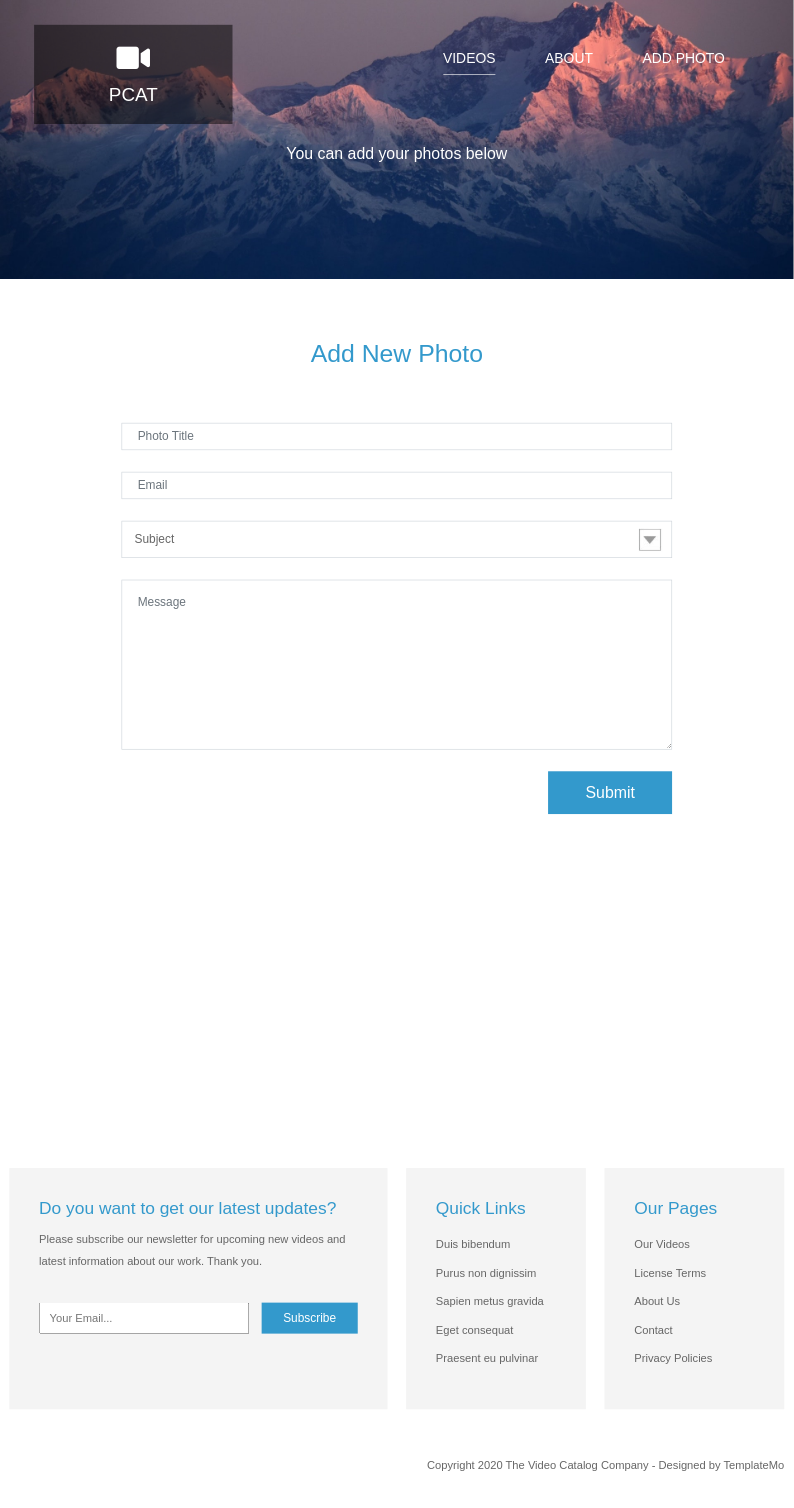
Repository: Marhamat92/PCAT-project-with-node-backend
Page: http://localhost/add
These files come from the project's save history. The page is drawn as it stood at one moment and after the next save; the edit follows.
The browser window is 1280 px wide. The pictures show the whole page, at 62% of full size.
Backgrounds fixed to the window are drawn as part of the page. Some web fonts or font styles are not loaded; a fallback is used. The page is served by the project's Node server (app.js).

Above is the page before, as saved 2023-02-21 17:22:00.

### views/add.ejs
<%- include('partials/_header') %>

    <body>
        <div class="tm-page-wrap mx-auto">
            <div class="position-relative">
                <%- include('partials/_navigation') %>
                    <div class="tm-welcome-container tm-fixed-header tm-fixed-header-3">
                        <div class="text-center">
                            <p class="pt-5 px-3 tm-welcome-text tm-welcome-text-2 mb-1 mt-lg-0 mt-5 text-white mx-auto">
                                You can add your photos below
                            </p>
                        </div>
                    </div>

                    <div id="tm-fixed-header-bg"></div> <!-- Header image -->
            </div>

            <!-- Page content -->
            <main>
                <div class="container-fluid px-0">
                    <div class="mx-auto tm-content-container">
                        <div class="row mt-3 mb-5 pb-3">
                            <div class="col-12">
                                <h2 class="tm-page-title mb-4 tm-text-primary text-center">Add New Photo</h2>
                            </div>
                        </div>
                        <div class="mx-auto pb-3 tm-about-text-container px-3">
                            <div class="row">
                                <div class="col-lg-12 mb-5">
                                    <form class="tm-contact-form">
                                        <div class="form-group">
                                            <input type="text" name="title" placeholder="Photo Title"
                                                class="form-control rounded-0" placeholder="Name" required />
                                        </div>
                                        <div class="form-group">
                                            <input type="email" name="email" class="form-control rounded-0"
                                                placeholder="Email" required="" />
                                        </div>
                                        <div class="form-group">
                                            <select class="form-control" id="contact-select" name="inquiry">
                                                <option value="-">Subject</option>
                                                <option value="sales">Sales &amp; Marketing</option>
                                                <option value="creative">Creative Design</option>
                                                <option value="uiux">UI / UX</option>
                                            </select>
                                        </div>
                                        <div class="form-group">
                                            <textarea rows="8" name="message" class="form-control rounded-0"
                                                placeholder="Message" required=""></textarea>
                                        </div>

                                        <div class="form-group mb-0">
                                            <button type="submit"
                                                class="btn btn-primary rounded-0 d-block ml-auto mr-0 tm-btn-animate tm-btn-submit tm-icon-submit"><span>Submit</span></button>
                                        </div>
                                    </form>
                                </div>

                            </div>
                        </div>
                    </div>

                    <div class="parallax-window parallax-window-2" data-parallax="scroll"
                        data-image-src="img/contact-2.jpg"></div>


                </div>
            </main>

            <%- include('partials/_footer') %>
        </div>

        <script src="js/jquery-3.4.1.min.js"></script>
        <script src="js/bootstrap.min.js"></script>
        <script src="js/parallax.min.js"></script>
    </body>

    </html>

### views/partials/_header.ejs
<!DOCTYPE html>
<html lang="en">

<head>
  <meta charset="UTF-8">
  <meta name="viewport" content="width=device-width, initial-scale=1.0">
  <title>Video Catalog</title>
  <link rel="stylesheet" href="fontawesome/css/all.min.css"> <!-- https://fontawesome.com/ -->
  <link href="https://fonts.googleapis.com/css2?family=Source+Sans+Pro&display=swap" rel="stylesheet">
  <!-- https://fonts.google.com/ -->
  <link rel="stylesheet" href="css/bootstrap.min.css">
  <link rel="stylesheet" href="css/templatemo-video-catalog.css">
  <!--

TemplateMo 552 Video Catalog

https://templatemo.com/tm-552-video-catalog

-->
</head>

### views/partials/_navigation.ejs
<div class="position-absolute tm-site-header">
  <div class="container-fluid position-relative">
    <div class="row">
      <div class="col-7 col-md-4">
        <a href="/" class="tm-bg-black text-center tm-logo-container">
          <i class="fas fa-video tm-site-logo mb-3"></i>
          <h1 class="tm-site-name">PCAT</h1>
        </a>
      </div>
      <div class="col-5 col-md-8 ml-auto mr-0">
        <div class="tm-site-nav">
          <nav class="navbar navbar-expand-lg mr-0 ml-auto" id="tm-main-nav">
            <button class="navbar-toggler tm-bg-black py-2 px-3 mr-0 ml-auto collapsed" type="button"
              data-toggle="collapse" data-target="#navbar-nav" aria-controls="navbar-nav" aria-expanded="false"
              aria-label="Toggle navigation">
              <span>
                <i class="fas fa-bars tm-menu-closed-icon"></i>
                <i class="fas fa-times tm-menu-opened-icon"></i>
              </span>
            </button>
            <div class="collapse navbar-collapse tm-nav" id="navbar-nav">
              <ul class="navbar-nav text-uppercase">
                <li class="nav-item active">
                  <a class="nav-link tm-nav-link" href="/">Videos <span class="sr-only">(current)</span></a>
                </li>
                <li class="nav-item">
                  <a class="nav-link tm-nav-link" href="/about">About</a>
                </li>
                <li class="nav-item">
                  <a class="nav-link tm-nav-link" href="/add">Add Photo</a>
                </li>
              </ul>
            </div>
          </nav>
        </div>
      </div>
    </div>
  </div>
</div>

### views/partials/_footer.ejs
<div class="container-fluid tm-content-container mx-auto pt-5">
  <!-- Subscribe form and footer links -->
  <div class="row mt-5 pt-3">
    <div class="col-xl-6 col-lg-12 mb-4">
      <div class="tm-bg-gray p-5 h-100">
        <h3 class="tm-text-primary mb-3">Do you want to get our latest updates?</h3>
        <p class="mb-5">Please subscribe our newsletter for upcoming new videos and latest
          information
          about our
          work. Thank you.</p>
        <form action="" method="GET" class="tm-subscribe-form">
          <input type="text" name="email" placeholder="Your Email..." required>
          <button type="submit" class="btn rounded-0 btn-primary tm-btn-small">Subscribe</button>
        </form>
      </div>
    </div>
    <div class="col-xl-3 col-lg-6 col-md-6 col-sm-6 col-12 mb-4">
      <div class="p-5 tm-bg-gray">
        <h3 class="tm-text-primary mb-4">Quick Links</h3>
        <ul class="list-unstyled tm-footer-links">
          <li><a href="#">Duis bibendum</a></li>
          <li><a href="#">Purus non dignissim</a></li>
          <li><a href="#">Sapien metus gravida</a></li>
          <li><a href="#">Eget consequat</a></li>
          <li><a href="#">Praesent eu pulvinar</a></li>
        </ul>
      </div>
    </div>
    <div class="col-xl-3 col-lg-6 col-md-6 col-sm-6 col-12 mb-4">
      <div class="p-5 tm-bg-gray h-100">
        <h3 class="tm-text-primary mb-4">Our Pages</h3>
        <ul class="list-unstyled tm-footer-links">
          <li><a href="#">Our Videos</a></li>
          <li><a href="#">License Terms</a></li>
          <li><a href="#">About Us</a></li>
          <li><a href="#">Contact</a></li>
          <li><a href="#">Privacy Policies</a></li>
        </ul>
      </div>
    </div>
  </div> <!-- row -->

  <footer class="row pt-5">
    <div class="col-12">
      <p class="text-right">Copyright 2020 The Video Catalog Company

        - Designed by <a href="https://templatemo.com" rel="nofollow" target="_parent">TemplateMo</a>
      </p>
    </div>
  </footer>
</div>

### app.js
const express = require('express')
const app = express()
const path = require('path')
const ejs = require('ejs')

// Set view engine
app.set('view engine', 'ejs')


//middleware
app.use(express.static('public'));

//ROUTES
app.get('/', (req, res) => {
  res.render('index')
})

app.get('/about', (req, res) => {
  res.render('about')
})

app.get('/add', (req, res) => {
  res.render('add')
})



const port = 3000

app.listen(port, () => {
  console.log(`Server is running on port ${port} ...`)
})

### public/css/templatemo-video-catalog.css
/*

TemplateMo 552 Video Catalog

https://templatemo.com/tm-552-video-catalog

*/

html { scroll-behavior: smooth; overflow-x: hidden; }

body {
    margin: 0;
    padding: 0;
    font-family: 'Source Sans Pro', sans-serif;
    font-size: 18px;
    line-height: 2em;
    overflow-x: hidden;
}

a {
    transition: all 0.3s ease;
    color: #666;
}

a:hover {
    color: #29BBCC;
    text-decoration: none;
}

h2, p { color: #666666; }

.tm-site-header {
    position: absolute;
    z-index: 1000;
    width: 100%;
    top: 0;
    left: 0;
    padding: 40px;
}

.tm-logo-container {
    display: block;
    padding: 30px;
    width: 320px;
    height: 160px;
}

.tm-site-logo { font-size: 3rem; }
.tm-site-name { font-size: 1.9rem; }

#tm-video-container {
    max-height: 720px;
    overflow: hidden;
    background-color: #333;
}

#tm-video {
    width: 100%;
    height: auto;
}

.tm-bg-black {
    background-color: rgba(0,0,0,0.5);
    color: white;
}

.tm-bg-gray { background-color: #F4F4F4; }
.tm-text-primary { color: #3399CC; }
.tm-text-secondary { color: #3CAFAF; }

.tm-nav-link {
    color: white;
    font-size: 1.4rem;
}

#tm-main-nav .nav-item .nav-link { border-bottom: 1px solid transparent; }

#tm-main-nav .nav-item.active .nav-link,
#tm-main-nav .nav-item:hover .nav-link {
    border-bottom: 1px solid white;
    color: white;
}

.tm-welcome-container {
    position: absolute;
    width: 100%;
    height: 100%;
    display: flex;
    justify-content: center;
    flex-direction: column;
    z-index: 999;
}

.tm-welcome-container-inner { margin-top: 100px; }
.tm-welcome-text { font-size: 1.6rem; }

.btn {
    padding: 15px 60px;
    font-size: 1.6rem;
    border: none;
    cursor: pointer;
}

.btn-primary { background-color: #3399CC; }
.btn-primary:hover { background-color: #1674a0; }

/*
    Button hover effect: https://tympanus.net/Development/CreativeButtons/
*/

.tm-btn-animate {
    position: relative;
    overflow: hidden;
    -webkit-backface-visibility: hidden;
    -moz-backface-visibility: hidden;
    backface-visibility: hidden;
    transition: all 0.3s ease;
}

.tm-btn-animate:before {
    left: 0;
    top: -100%;
    position: absolute;
    height: 100%;
    width: 100%;
    line-height: 2.5;
    -webkit-transition: all 0.3s;
    -moz-transition: all 0.3s;
    transition: all 0.3s;
    font-family: "Font Awesome 5 Free";
    font-style: normal;
    font-weight: 900;
    line-height: 1;
    -webkit-font-smoothing: antialiased;
}

.tm-btn-animate:after {
    content: '';
    position: absolute;
    z-index: -1;
    -webkit-transition: all 0.3s;
    -moz-transition: all 0.3s;
    transition: all 0.3s;
}

.tm-btn-animate:hover:before { top: 13px; }

.tm-btn-animate span {
    display: inline-block;
    width: 100%;
    height: 100%;
    -webkit-transition: all 0.3s;
    -webkit-backface-visibility: hidden;
    -moz-transition: all 0.3s;
    -moz-backface-visibility: hidden;
    transition: all 0.3s;
    backface-visibility: hidden;
}

.tm-btn-animate:hover span {
    -webkit-transform: translateY(300%);
    -moz-transform: translateY(300%);
    -ms-transform: translateY(300%);
    transform: translateY(300%);
}

.tm-btn-cta {
    color: white;
    background-color: rgba(0,0,0,0.5);
}

.tm-btn-cta:before { font-size: 180%; }
.tm-btn-download:before { font-size: 120%; }
.tm-btn-submit:before { font-size: 120%; }
.tm-icon-down:before { content: '\f078'; }
.tm-icon-download:before { content: '\f019'; }
.tm-icon-submit:before { content: '\f1d8'; }
.tm-icon-submit:hover:before { top: 18px; }
.tm-btn-cta:hover { color: white; }

.tm-btn-download:hover,
.tm-btn-download:focus,
.tm-btn-submit:hover,
.tm-btn-submit:focus {
    color: white;
    background-color: #3399CC;
}

.tm-btn-download span { padding-top: 10px; }
.tm-btn-small {
    padding: 10.5px 35px;
    font-size: 1.2rem;
}

#tm-video-control-button {
    position: absolute;
    bottom: 20px;
    right: 20px;
    z-index: 1000;
}

.tm-content-container {
    max-width: 1422px;
    padding-top: 80px;
    padding-bottom: 35px;
}

.tm-page-title { font-size: 2.5rem; }
.tm-catalog-item-list { justify-content: space-between; }

.tm-catalog-item {
    max-width: 462px;
    display: flex;
    flex-direction: column;
    margin-bottom: 64px;
}

.tm-thumbnail-container { overflow: hidden; }
.tm-thumbnail-container img { transition: all 0.3s ease; }
.tm-thumbnail-container:hover img { transform: scale(1.2) rotate(5deg); }

.tm-img-overlay {
    top: 0;
    left: 0;
    width: 100%;
    height: 100%;
    display: flex;
    align-items: center;
    justify-content: center;
    background-color: rgba(0,0,0,0.4);
    cursor: pointer;
    transition: all 0.3s ease: ;
}

.tm-overlay-icon {
    color: #a7a7a7;
    opacity: 1;
    font-size: 2rem;
    padding: 10px 15px;
    background-color: rgba(0,0,0,0.5);
    border-radius: 50%;
    width: 70px;
    height: 70px;
    display: flex;
    align-items: center;
    justify-content: center;
    padding-right: 8px;
    z-index: 1002;
    transition: all 0.3s ease;
}

.tm-img-overlay:hover { background-color: transparent; }
.tm-img-overlay:hover .tm-overlay-icon { opacity: 0; }
.tm-catalog-item-description { flex: 1; }

.tm-categories-container {
    display: flex;
    align-items: center;
}

.tm-categories-text { margin-right: 16px; }
.tm-category-list { font-size: 1.75rem; }
.tm-category-item { margin: 16px; }

.tm-category-link {
    color: #3399CC;
    padding: 10px;
    border-bottom: 3px solid transparent;
}

.tm-category-link.active,
.tm-category-link:hover {
    border-bottom: 3px solid #3399CC;
    color: #3399CC;
}

.tm-paging-link {
    background-color: #F4F4F4;
    margin-right: 12px;
    font-size: 1.5rem;
    width: 60px;
    height: 60px;
    display: flex;
    align-items: center;
    justify-content: center;
}

.nav-item.active > .tm-paging-link,
.nav-item:hover > .tm-paging-link {
    background-color: #CCC;
    color: #666666;
}

.tm-subscribe-form {
    display: flex;
    align-items: center;
}

.tm-subscribe-form > input {
    padding: 5px 15px;
    margin-right: 20px;
    flex: 1;
    max-width: 382px;
}

.tm-footer-links > li { margin-bottom: 10px; }

/*Video detail page*/

.tm-video-title { font-size: 2.5rem; }
.tm-share-box {
    font-size: 1.4rem;
    padding: 3rem;
}
.tm-share-box-title { font-size: 1.4rem; }

.tm-bg-white {
    background-color: white;
    border: 1px solid #CDCECF;
    border-radius: 5px;
}

.tm-share-button {
    width: 52px;
    height: 52px;
    display: flex;
    align-items: center;
    justify-content: center;
    margin-right: 24px;
}

.tm-share-button:last-child { margin-right: 0; }
.tm-text-link { color: #3399CC; }

.tm-likes-box,
.tm-btn-download {
    width: 280px;
    height: 60px;
}

.tm-likes-box { padding-top: 12px; }
.tm-video-description-box { max-width: 920px; }
.tm-text-gray { color: #6F7071; }

.tm-fixed-header {
    background-position: center;
    background-repeat: no-repeat;
    background-attachment: fixed;
    background-size: cover;
    background-color: #666;
}

#tm-fixed-header-bg { height: 450px; }
.tm-fixed-header-1 { background-image: url(../img/video-detail-1.jpg); }
.tm-fixed-header-2 { background-image: url(../img/about-1.jpg); }
.tm-fixed-header-3 { background-image: url(../img/contact-1.jpg); }

video {
  width: 100%;
  height: auto;
}

.fa-facebook { color: #3b5998; }
.fa-twitter { color: #00acee; }
.fa-pinterest { color: #c8232c; }
.tm-liked-icon { display: none; }
.tm-not-liked-icon { display: inline-block; }
.tm-liked-icon, .tm-not-liked-icon { margin-top: 3px; }
.tm-liked .tm-liked-icon { display: inline-block; }
.tm-liked .tm-not-liked-icon { display: none; }
.tm-welcome-text-2 { max-width: 575px; }
.tm-share-button:hover { background-color: #e9ecef; }

/*About*/
.tm-about-text-container { max-width: 920px; }

.parallax-window {
    min-height: 270px;
    background: transparent;
}

.parallax-window-2 {
    min-height: 360px;
}

.tm-about-icon {
    color: #999;
}

/* Contact */
.mapouter{
    position:relative;
    text-align:right;
    height:540px;
    width:100%;
}

.gmap_canvas {
    overflow:hidden;
    background:none!important;
    height:540px;
    width:100%;
}

.form-control {
    font-size: 1.2rem;
    padding: 21px 25px;
}

.form-group {
    margin-bottom: 35px;
}

#contact-select {
    height: 60px;
    border-radius: 0;
}

#contact-select:not([multiple]) {
  -webkit-appearance: none;
  -moz-appearance: none;
  background-position: right 15px center;
  background-repeat: no-repeat;
  background-image: url(../img/select-arrow.png);
  padding: 14px 20px;
  padding-right: 20px;
  color: #666;
}
.tm-testimonial-text {
    max-width: 420px;
    font-style: italic;
}

@media (min-width: 992px) {
    #tm-main-nav .nav-item { margin: 20px 40px; }
    .navbar-expand-lg .navbar-nav .nav-link { padding: 8px 0px; }
    .navbar-expand-lg .navbar-collapse { justify-content: flex-end; }
}

@media (max-width: 1419px) {
    .tm-catalog-item { margin-bottom: 30px; }
}

@media (max-width: 991px) {
    .navbar {
        max-width: 220px;
        position: absolute;
        top: 0;
        right: 0;
        padding: 0;
    }

    .navbar-collapse {
        background-color: rgba(0,0,0,0.5);
        border-radius: 5px;
        border-top-right-radius: 0;
        padding: 10px 15px;
    }

    .nav-item { margin-bottom: 10px; }

    .navbar-toggler {
        border-bottom-left-radius: 0;
        border-bottom-right-radius: 0;
        width: 52px;
        height: 40px;
    }

    .navbar-toggler.collapsed {
        border-bottom-left-radius: .25rem;
        border-bottom-right-radius: .25rem;
    }

    .navbar-toggler i.tm-menu-opened-icon { display: block; }
    .navbar-toggler i.tm-menu-closed-icon { display: none; }
    .navbar-toggler.collapsed i.tm-menu-opened-icon { display: none; }
    .navbar-toggler.collapsed i.tm-menu-closed-icon { display: block; }
    .tm-welcome-container-inner { margin-top: 150px; }
    .tm-welcome-text { font-size: 1.4rem; }

    #tm-video {
        width: 888px;
        height: 500px;
    }

    .tm-logo-container {
        height: 160px;
        width: 250px;
    }

    .tm-site-header { padding: 20px; }
    .tm-catalog-item-list { max-width: 924px; }
    .tm-share-box { max-width: 400px; }
}

@media (max-width: 879px) {
    .tm-categories-container {
        flex-direction: column;
        align-items: flex-start;
    }
}

@media (max-width: 640px) {
    .tm-subscribe-form {
        flex-direction: column;
        align-items: stretch;
    }

    .tm-subscribe-form > input {
       max-width: 100%;
    }

    .tm-subscribe-form input {
        margin-right: 0;
        margin-bottom: 15px;
    }

    .tm-share-box {
        padding-left: 1.5rem;
        padding-right: 1.5rem;
    }
}

@media (max-width: 419px) {
    .tm-testimonial {
        flex-direction: column;
    }
}

Loaded but not shown: public/fontawesome/css/all.min.css (library); public/css/bootstrap.min.css (library); public/js/jquery-3.4.1.min.js (library); public/js/bootstrap.min.js (library); public/js/parallax.min.js (library)

After the next save:
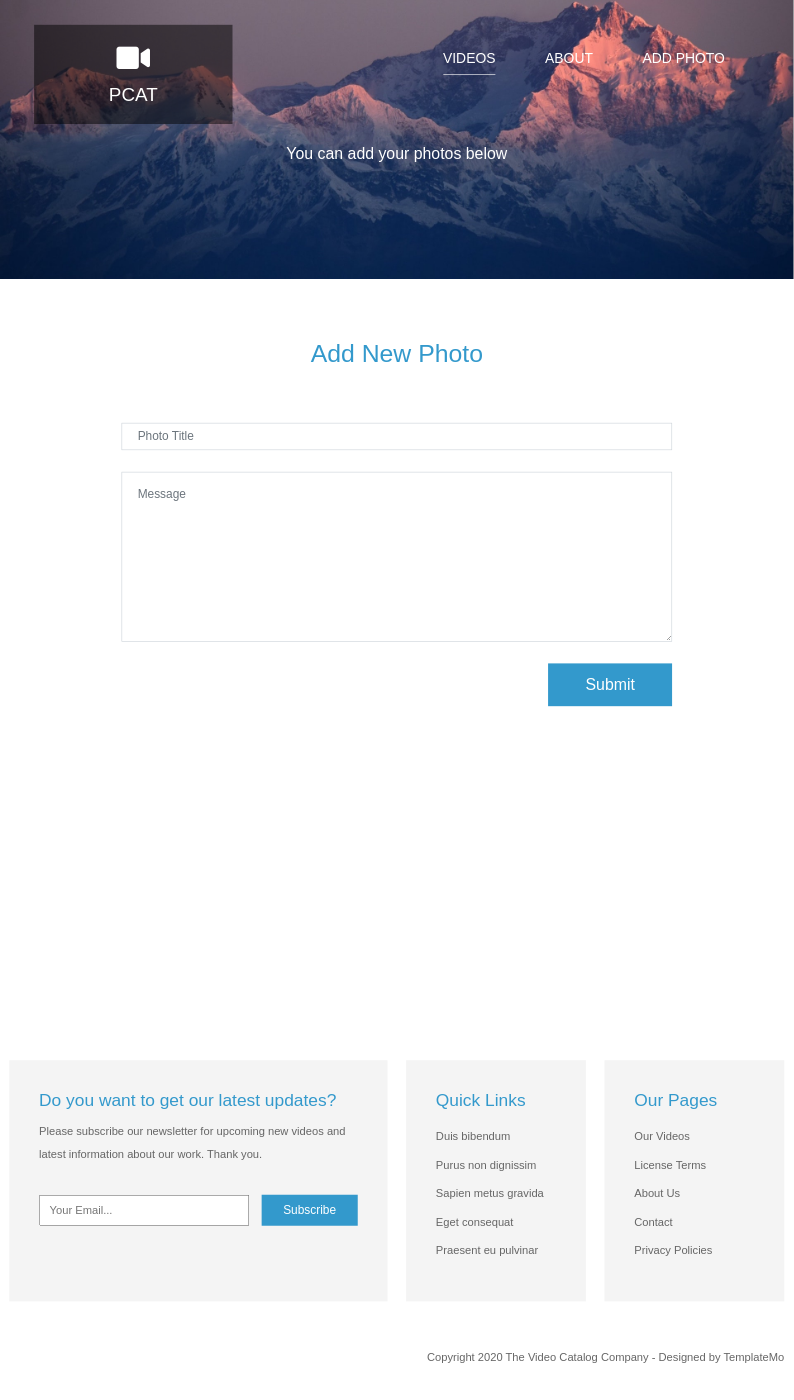
Saved 23 s later.
--- a/views/add.ejs
+++ b/views/add.ejs
@@ -32,18 +32,8 @@
                                             <input type="text" name="title" placeholder="Photo Title"
                                                 class="form-control rounded-0" placeholder="Name" required />
                                         </div>
-                                        <div class="form-group">
-                                            <input type="email" name="email" class="form-control rounded-0"
-                                                placeholder="Email" required="" />
-                                        </div>
-                                        <div class="form-group">
-                                            <select class="form-control" id="contact-select" name="inquiry">
-                                                <option value="-">Subject</option>
-                                                <option value="sales">Sales &amp; Marketing</option>
-                                                <option value="creative">Creative Design</option>
-                                                <option value="uiux">UI / UX</option>
-                                            </select>
-                                        </div>
+
+
                                         <div class="form-group">
                                             <textarea rows="8" name="message" class="form-control rounded-0"
                                                 placeholder="Message" required=""></textarea>
